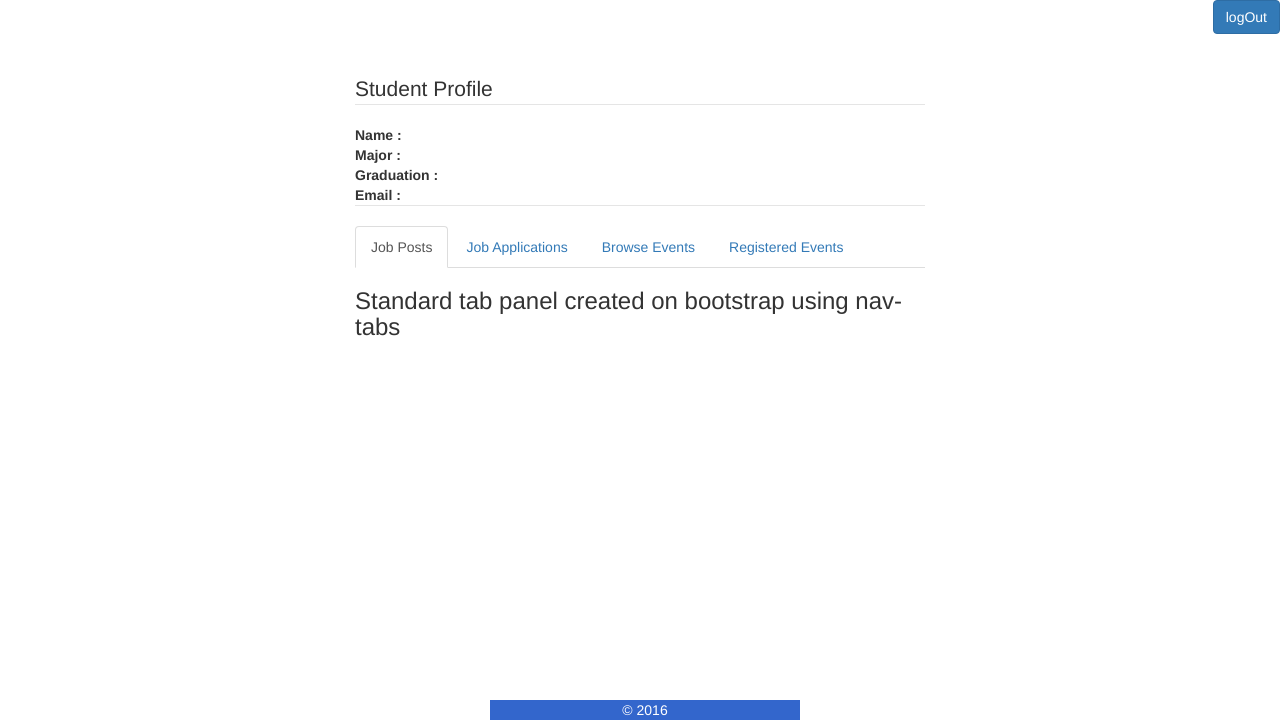
Repository: merlynfrank/AcademicProjects
Page: http://localhost/studenthome
These files come from the project's save history. The page is drawn as it stood at one moment and after the next save; the edit follows.
The browser window is 1280 px wide. The pictures show the whole page.
The page is this project's Thymeleaf template; nobody is signed in. The template is opened directly, without the code that normally fills it, so the values that code supplies are empty.

Above is the page before, as saved 2018-12-01 01:07:46.

After the next save:
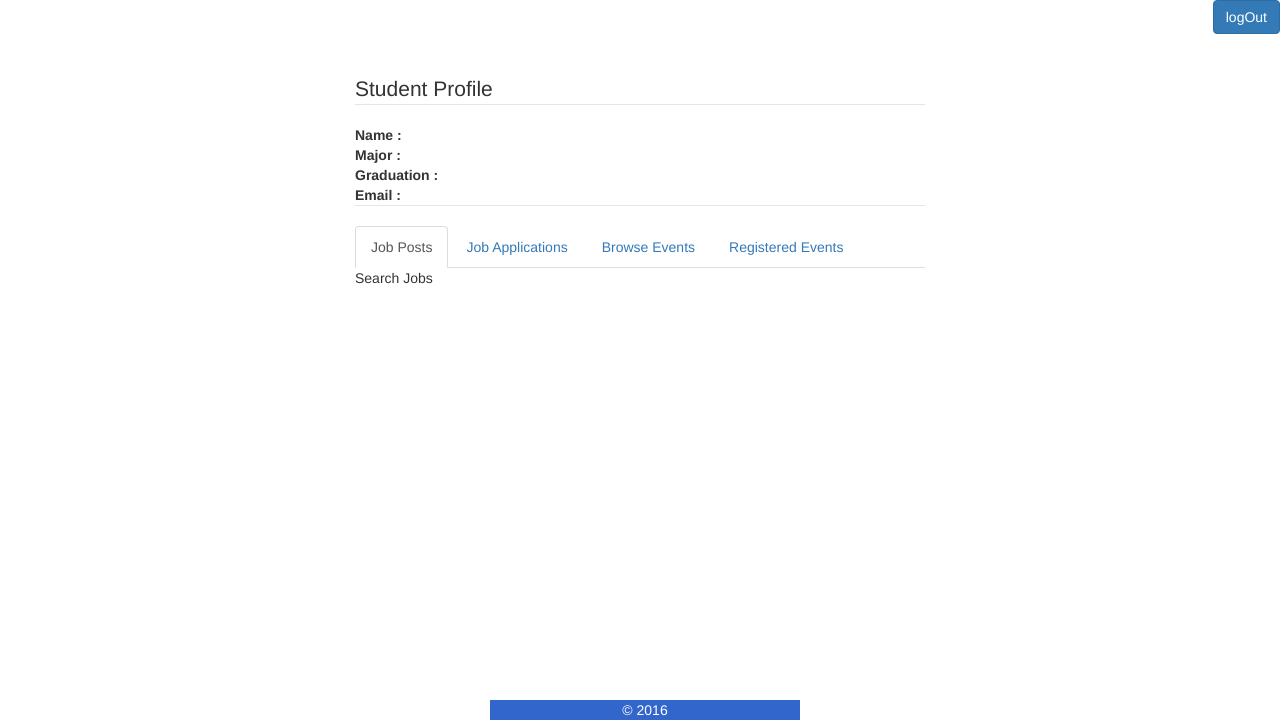
Saved 2 min 50 s later.
--- a/smith-is-internship/src/main/resources/templates/studenthome.html
+++ b/smith-is-internship/src/main/resources/templates/studenthome.html
@@ -111,7 +111,7 @@ background-color: #f1f1f1;
 
 			<div class="tab-content ">
 			  <div class="tab-pane active" id="1">
-          <h3>Standard tab panel created on bootstrap using nav-tabs</h3>
+         		<p>Search Jobs</p>
 				</div>
 				<div class="tab-pane" id="2">
           <h3>Notice the gap between the content and tab after applying a background color</h3>
